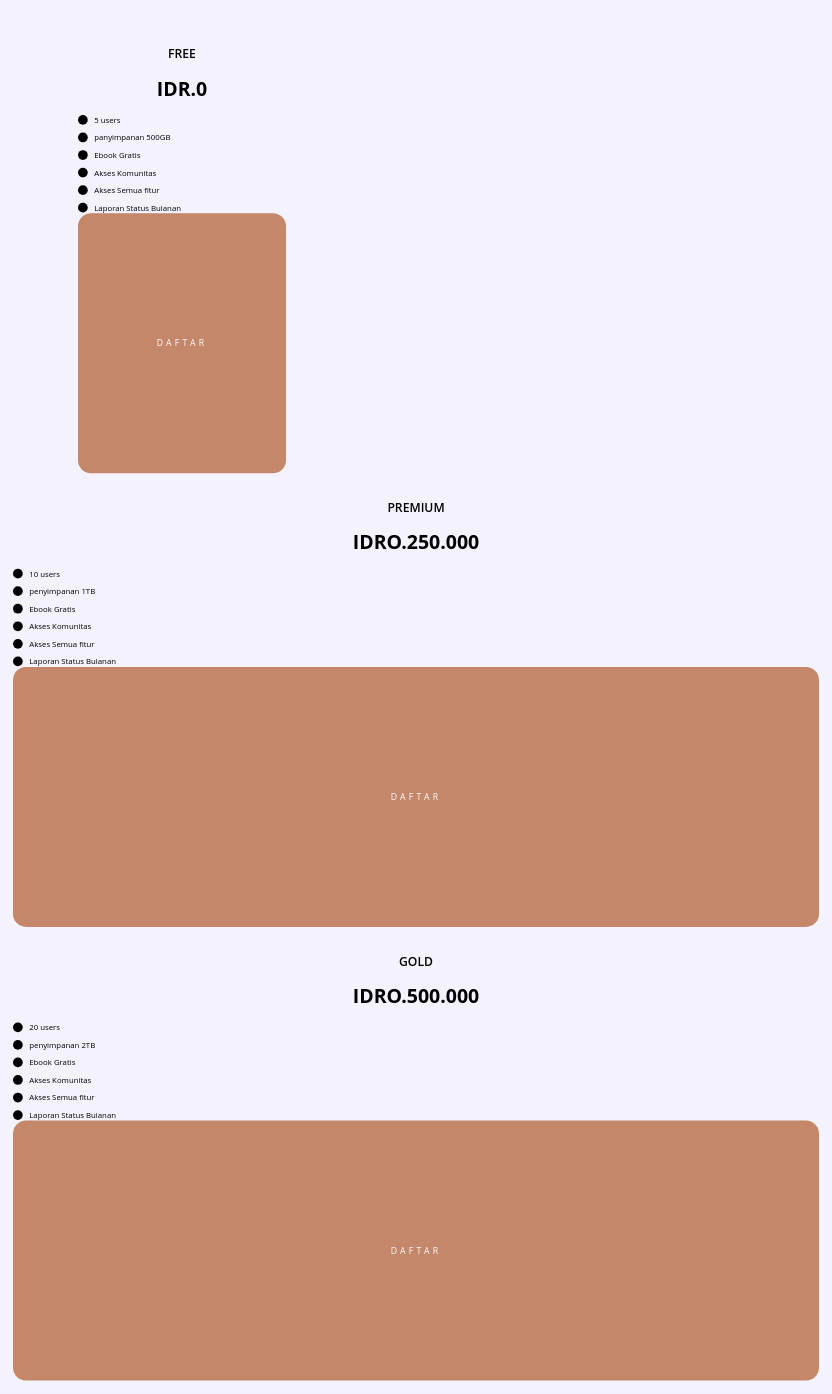
Repository: TUTJAL/my-website
Page: card.html
The author's editor kept a copy of each file at every save. The page is drawn from the files as they stood at one save, then again after the next save.
The browser window is 1280 px wide. The pictures show the whole page, at 65% of full size.

Above is the page before, as saved 2024-06-20 11:19:06.

### card.html
<!DOCTYPE html>
<html lang="en">
<head>
    <meta charset="UTF-8">
    <meta name="viewport" content="width=device-width, initial-scale=1.0">
    <title>Document</title>
    <link rel="stylesheet" href="card.css">
</head>
<body>
    <div id="pricing-card">
        <div class="single-card">
            <div class="wrapper">
                <h3>FREE</h3>
                <h1>IDR.0</h1>
                <ul>
                    <li>
                        <i class="fas fa-check"></i>
                        <span>5 users</span>
                    </li>
                    <li>
                        <i class="fas fa-check"></i>
                        <span>panyimpanan 500GB</span>
                    </li>
                    <li>
                        <i class="fas fa-check"></i>
                        <span>Ebook Gratis</span>
                    </li>
                    <li class="disable">
                        <i class="fas fa-check"></i>
                        <span>Akses Komunitas</span>
                    </li>
                    <li class="disable">
                        <i class="fas fa-check"></i>
                        <span>Akses Semua fitur</span>
                    </li>
                    <li class="disable">
                        <i class="fas fa-check"></i>
                        <span>Laporan Status Bulanan</span>
                    </li>
                </ul>
                <button>Daftar</button>
            </div>
        </div>
    </div>
    <div class="single-card">
        <div class="wrapper premium">
            <H3>PREMIUM</H3>
            <h1>IDRO.250.000</h1>
            <ul>
                <li>
                    <i class="fas fa-check"></i>
                    <span>10 users</span>
                </li>
                <li>
                    <i class="fas fa-check"></i>
                    <span>penyimpanan 1TB</span>
                </li>
                <li>
                    <i class="fas fa-check"></i>
                    <span>Ebook Gratis</span>
                </li>

                    <li class="disable1">
                        <i class="fas fa-check"></i>
                        <span>Akses Komunitas</span>
                    </li>
                    <li class="disable1">
                        <i class="fas fa-check"></i>
                        <span class="card1">Akses Semua fitur</span>
                    </li>
                    <li class="disable1">
                        <i class="fas fa-check"></i>
                        <span>Laporan Status Bulanan</span>
                    </li>
            </ul>
            <button>Daftar</button>
        </div>
    </div>
    <div>
    <div class="single-card">
        <div class="wrapper">
            <h3>GOLD</h3>
            <h1>IDRO.500.000</h1>
            <ul>
                <li>
                    <i class="fas fa-check"></i>
                    <span>20 users</span>
                </li>
                <li>
                    <i class="fas fa-check"></i>
                    <span>penyimpanan 2TB</span>
                </li>
                <li>
                    <i class="fas fa-check"></i>
                    <span>Ebook Gratis</span>
                </li>
                <li>
                    <i class="fas fa-check"></i>
                    <span>Akses Komunitas</span>
                </li>
                <li>
                    <i class="fas fa-check"></i>
                    <span>Akses Semua fitur</span>
                </li>
                <li>
                    <i class="fas fa-check"></i>
                    <span>Laporan Status Bulanan</span>
                </li>
            </ul>
            <button>Daftar</button>
        </div>
    </div>
</div>
</body>
</html>

### card.css
/* @import("https://fonts.googleapis.com/") */
*{
    margin: 0;
    padding: 0;
    box-sizing: border-box;
    font-family: 'open sans',sans-serif;

}
body{
    background-color: #f4f2fd;;
}
::selection{
    background-color: black;
    color: white;
}
#pricing-card{
    display: flex;
    flex-wrap: wrap;
    padding: 0px 100px;
    margin-top: 50px;
    border: 10px;
}
.single-card{
    flex-basis: calc(100%/3);
    padding: 20px;

}
.single-card.wrapper{
    background-color: white;
    height: 100%;
    padding: 30px;
    border-radius: 20px;
    box-shadow: 3px 5px 10px rgba(0,0,0,0.1);
    transition: .3s;
}
.single-card.wrapper:hover{
    transform: translateY(-5px);
}
.single-card h3{
    text-align: center;
    font-weight: 600;
}
.single-card h1{
    margin: 20px 0px;
    font-size: 30px;
    text-align: center;
}
.single-card li{
    list-style: none;
    display: flex;
    align-items: center;
    margin-top: 10px;
}
.single-card i{
    height: 15px;
    width: 15px;
    background-color: black;
    display: inline-flex;
    justify-content: center;
    align-items: center;
    border-radius: 50%;
    color: white;
    font-size: 10px;
    margin-right: 10px;
}
.single-card span{
    font-size: 12px;
    font-weight: 500;
}
.single-card button{
    height: 400px;
    width: 100%;
    background-color: #c4876a;
    color: white;
    border: none;
    outline: none;
    cursor: pointer;
    border-radius: 20px;
    text-transform: uppercase;
    font-weight: 500;
    letter-spacing: 5px;
    margin-top: ;
}

After the next save:
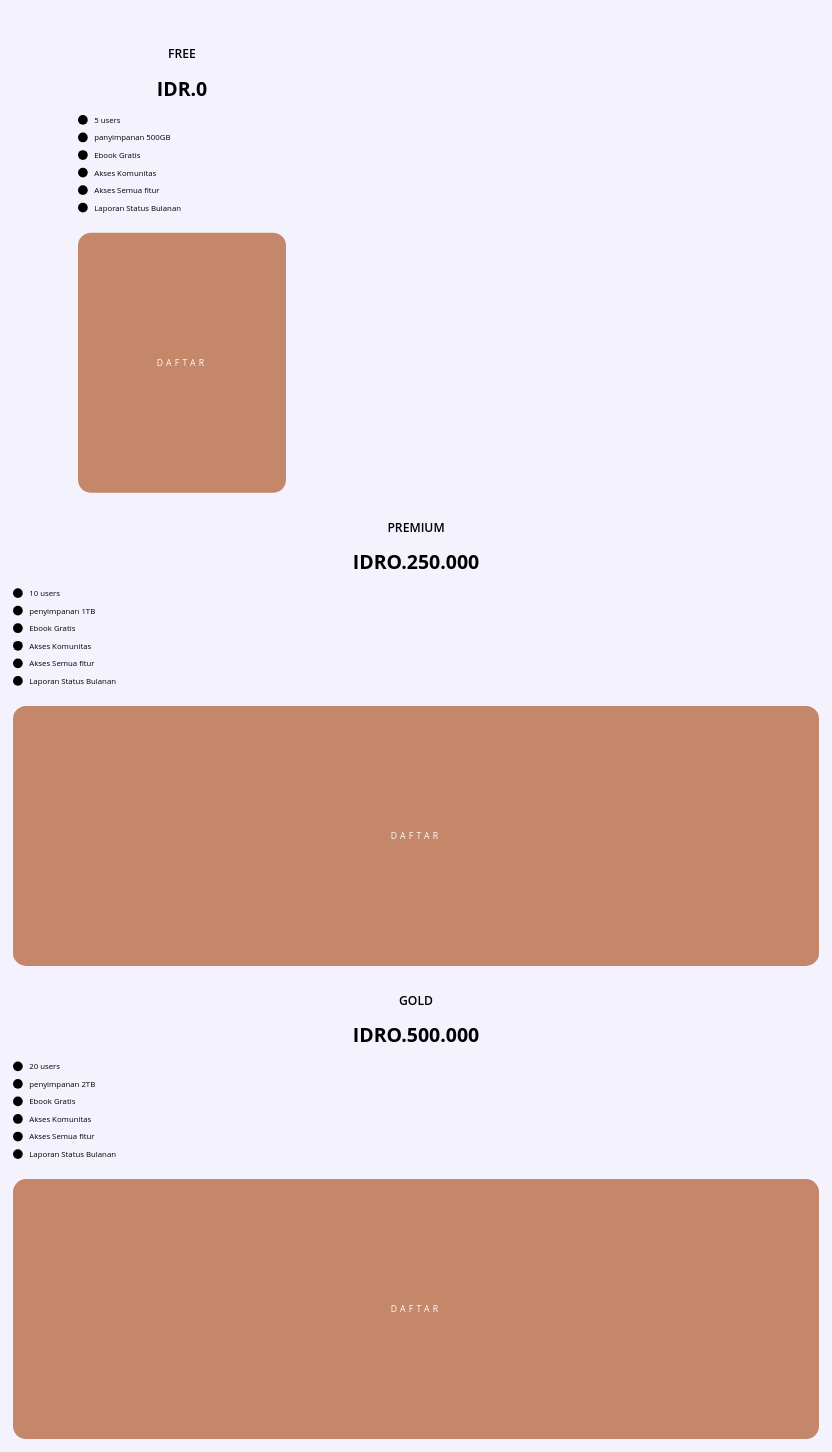
Saved 5 s later.
--- a/card.css
+++ b/card.css
@@ -79,5 +79,5 @@ body{
     text-transform: uppercase;
     font-weight: 500;
     letter-spacing: 5px;
-    margin-top: ;
+    margin-top: 30px;
 }
